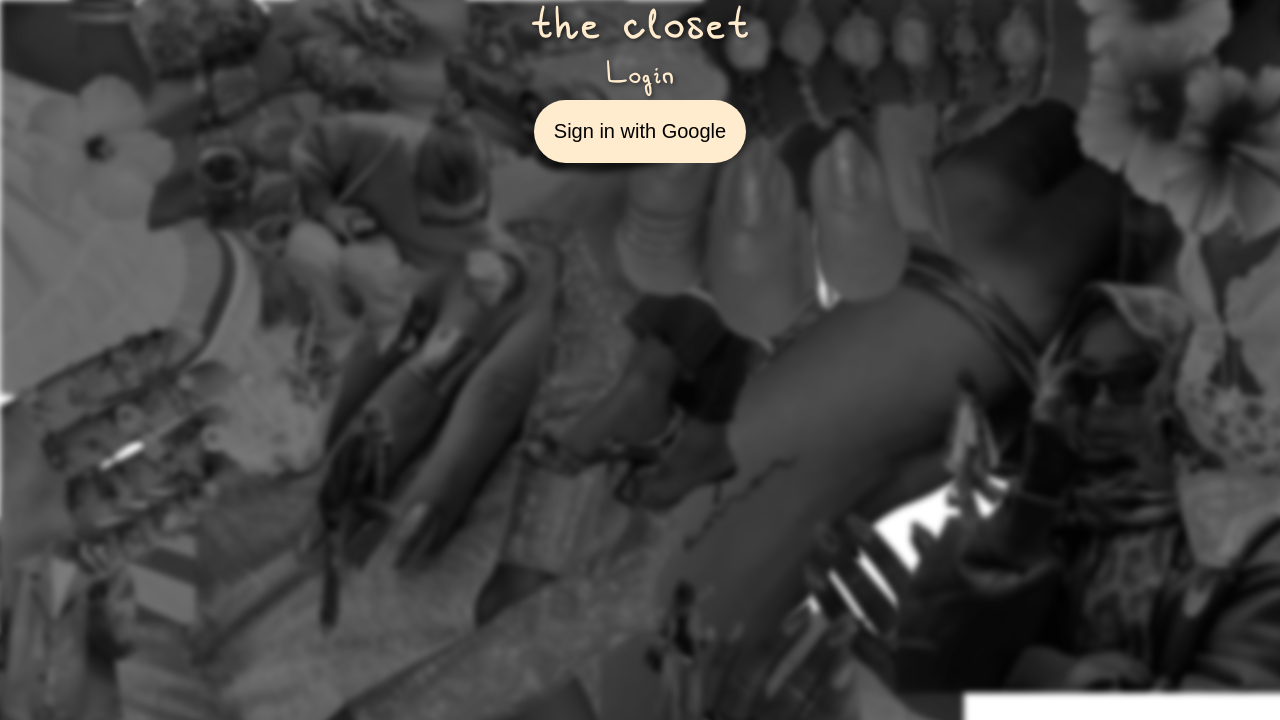
Repository: karla-sikavica/theCloset
Page: / (app in frontend/)
These files come from the project's save history. The page is drawn as it stood at one moment and after the next save; the edit follows.
The browser window is 1280 px wide. The pictures show the whole page.
The project was rebuilt for these pictures with package versions that can differ from the ones it lists, and the page was loaded fresh each time. Also part of the build but not shown: frontend/vite.config.ts.

Above is the page before, as saved 2025-03-29 16:38:38.

After the next save:
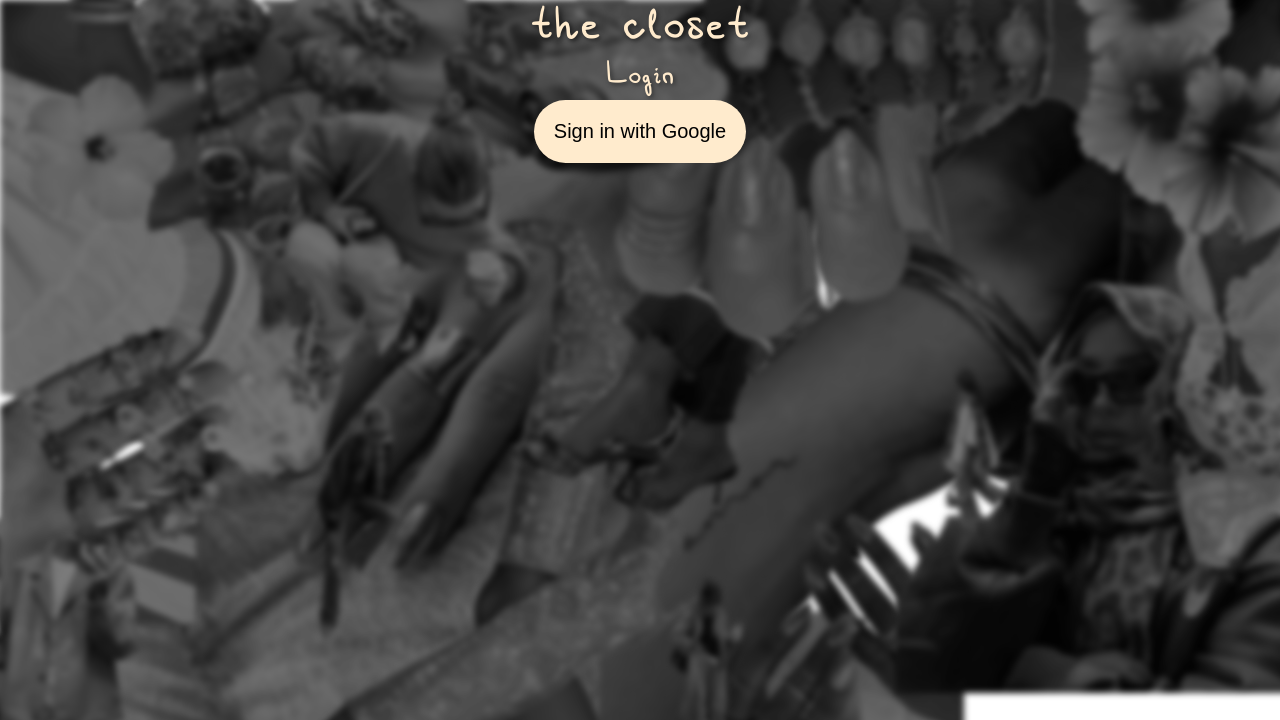
Saved 9 s later.
--- a/frontend/src/components/ui/Collage.tsx
+++ b/frontend/src/components/ui/Collage.tsx
@@ -192,7 +192,7 @@
   {
     src: "/images/photo%20(25).png",
     top: "80%",
-    left: "50%",
+    left: "52%",
     width: "80px",
     rotate: "0deg",
     zIndex: 2,
